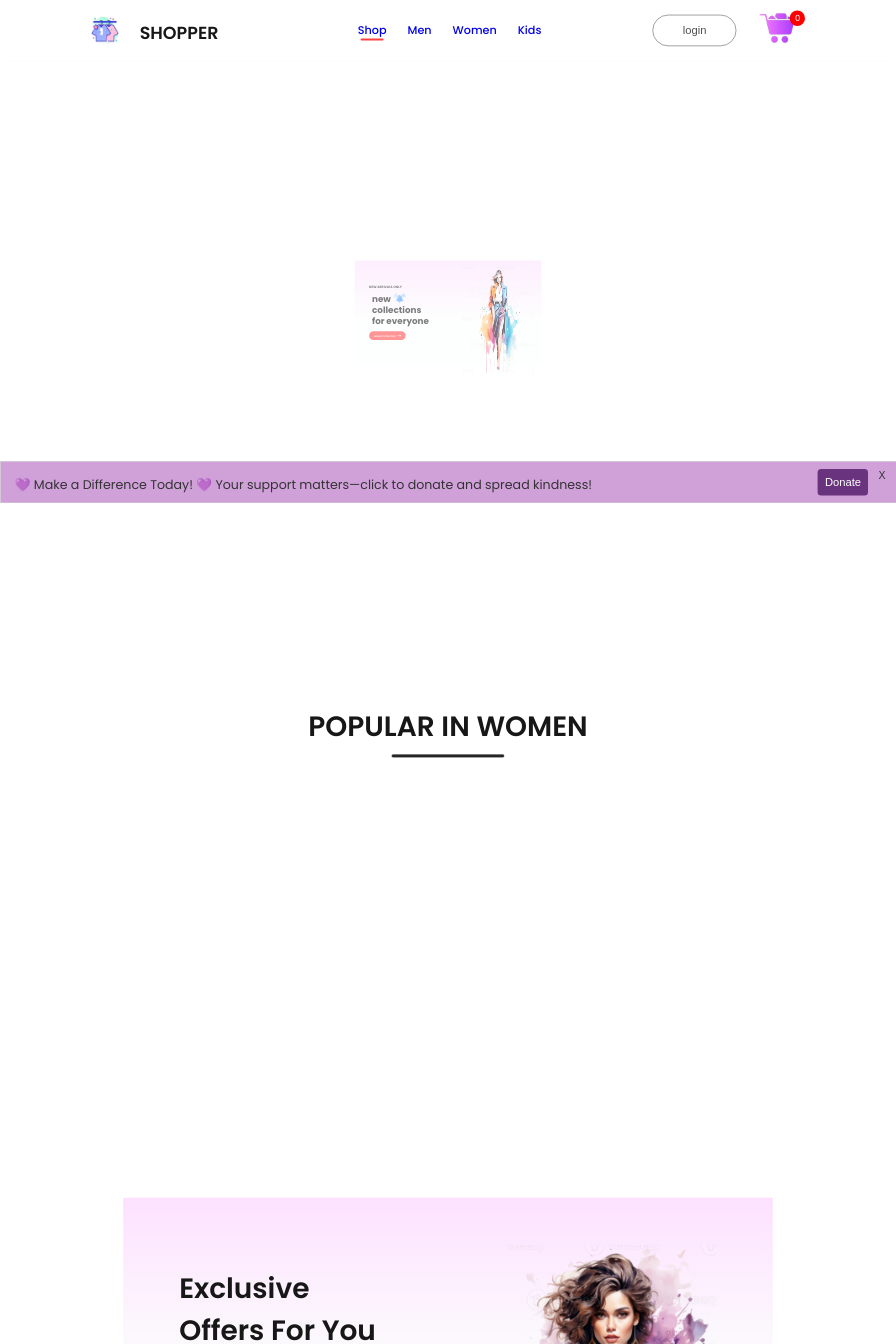
Repository: PayalJakhar/Shoppers-E-commerce-Website
Page: / (app in frontend/)
The author's editor kept a copy of each file at every save. The page is drawn from the files as they stood at one save, then again after a run of saves.
The browser window is 1280 px wide. The pictures show the part of the page from y = 0 to 1920 px (the page is 3692 px tall), at 70% of full size.
The page's requests for data from a server got no answer. The project was rebuilt for these pictures with package versions that can differ from the ones it lists, and the page was loaded fresh each time. No one was signed in, and anything a server would have sent is missing. Also part of the build but not shown: frontend/src/App.css, frontend/src/Components/Item/Item.css, frontend/src/Components/Item/Item.jsx, frontend/src/Pages/Css/ShopCategory.css, frontend/src/Pages/ShopCategory.jsx, frontend/src/Components/Breadcrums/Breadcrum.css, frontend/src/Components/Breadcrums/Breadcrum.jsx, frontend/src/Components/ProductDisplay/ProductDisplay.css and 13 more.

Above is the page before, as saved 2025-02-06 19:53:35.

After the next 3 saves:
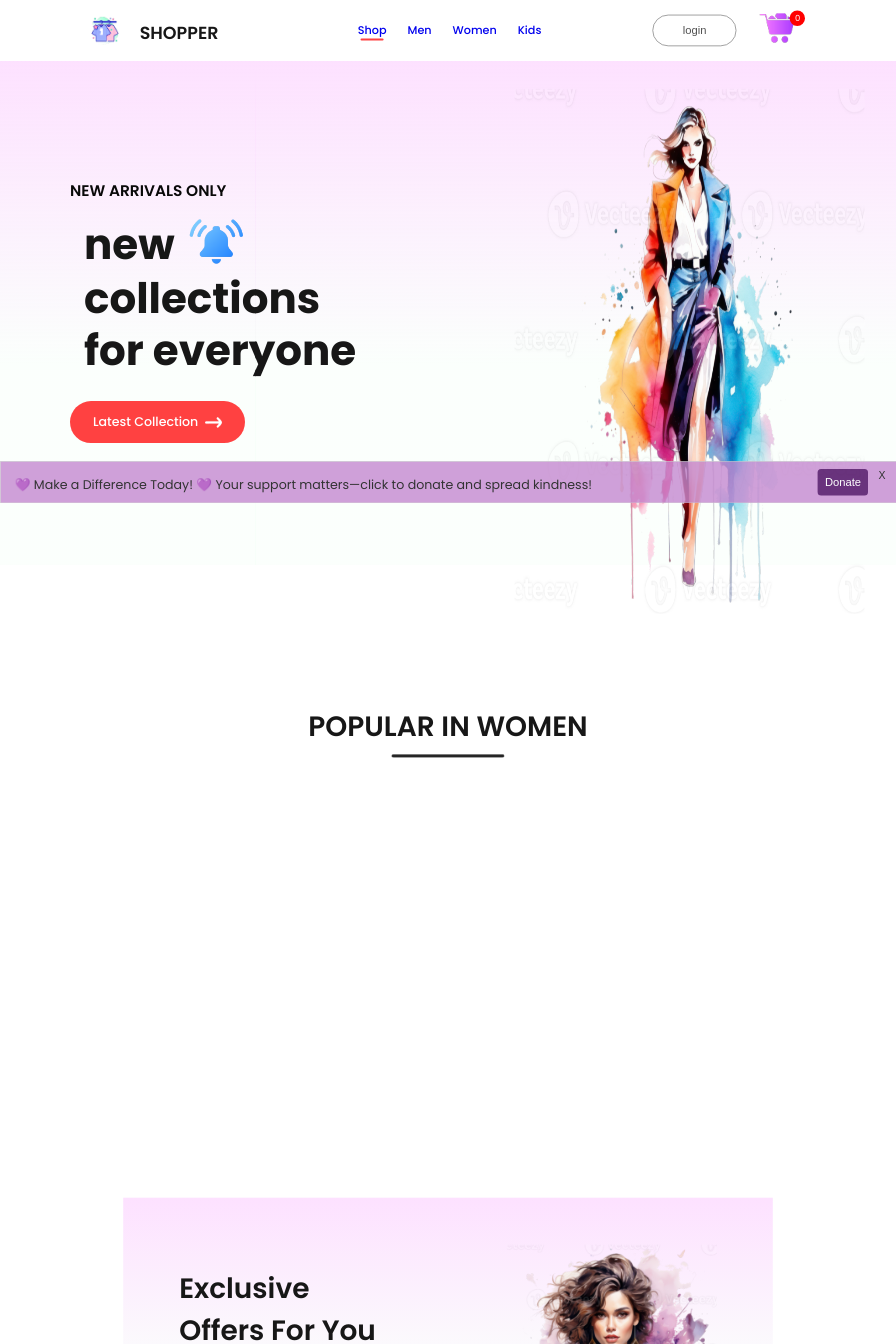
The 3 saves are shown as one change because they came seconds apart.
The last was saved 26 s later.
--- a/frontend/src/Components/Hero/Hero.css
+++ b/frontend/src/Components/Hero/Hero.css
@@ -170,12 +170,12 @@
 }
 
 @keyframes slideInFromLeft {
-    0% {
+    50% {
         /* transform: translateX(-100%); */
         scale:1;
         opacity:1;
       }
-      50% {
+      100% {
         /* transform: translateX(0); */
         scale:0.1;
         opacity:0.5;
